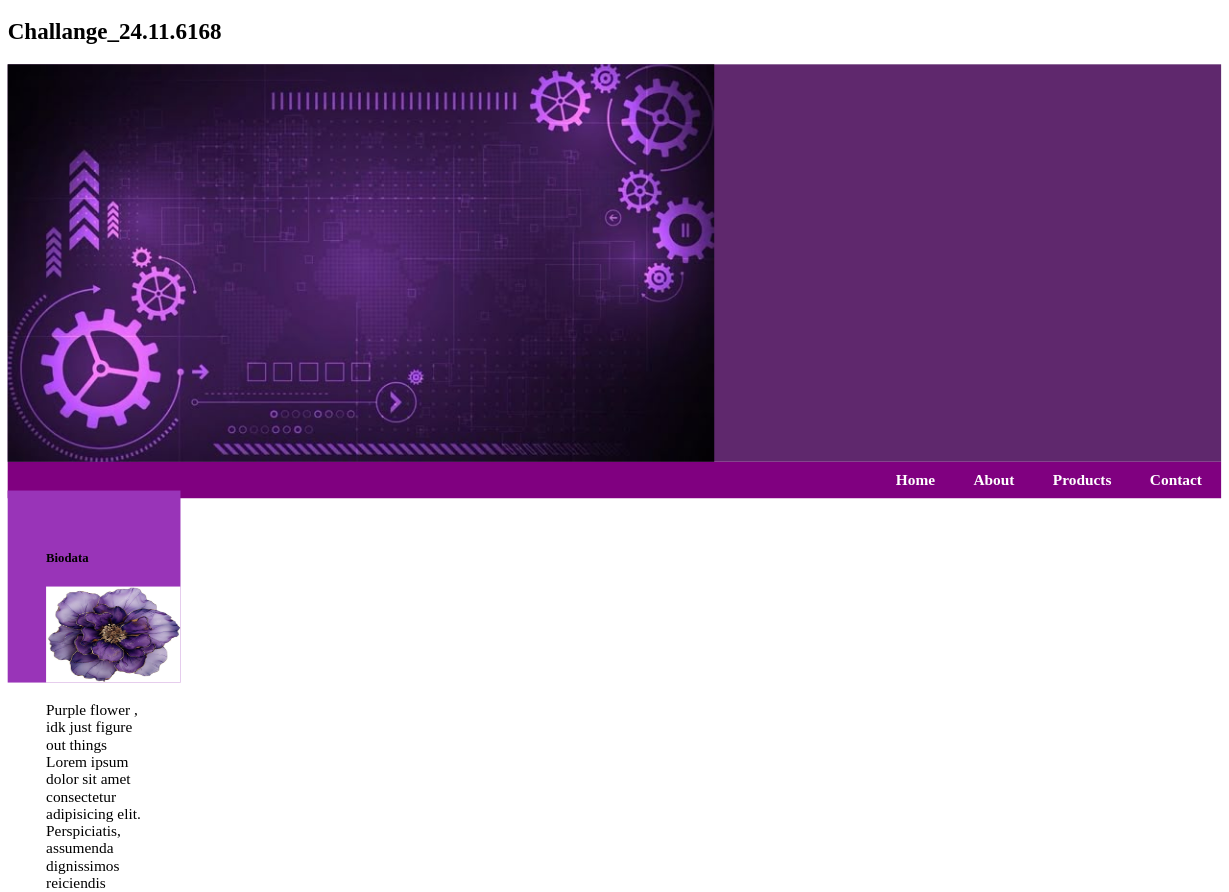
Repository: Ms-Ulfiyahrustam/p5_pemogramanweb
Page: index.html
An editor plug-in stored every save of this project. The page is shown before and after the next save, followed by the edit.
The browser window is 1280 px wide. The pictures show the whole page, at 96% of full size.

Above is the page before, as saved 2026-04-27 09:40:07.

After the next save:
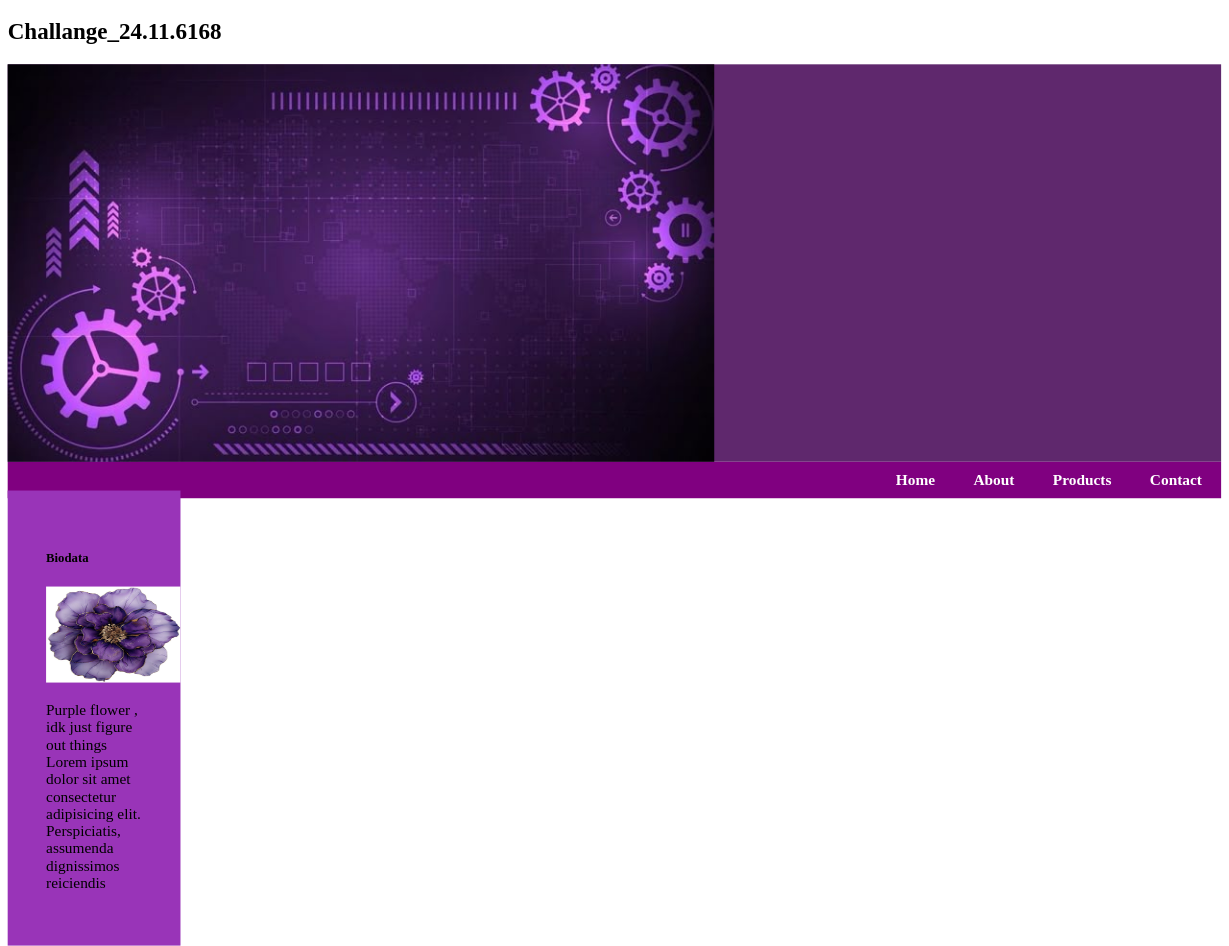
Saved 7 s later.
--- a/style.css
+++ b/style.css
@@ -12,7 +12,7 @@
     background-color: rgb(153, 52, 184);
     margin-top: 30px;
     width:100px;
-    height: 120px;
+    height: 40%;
     padding: 40px;
 
 
